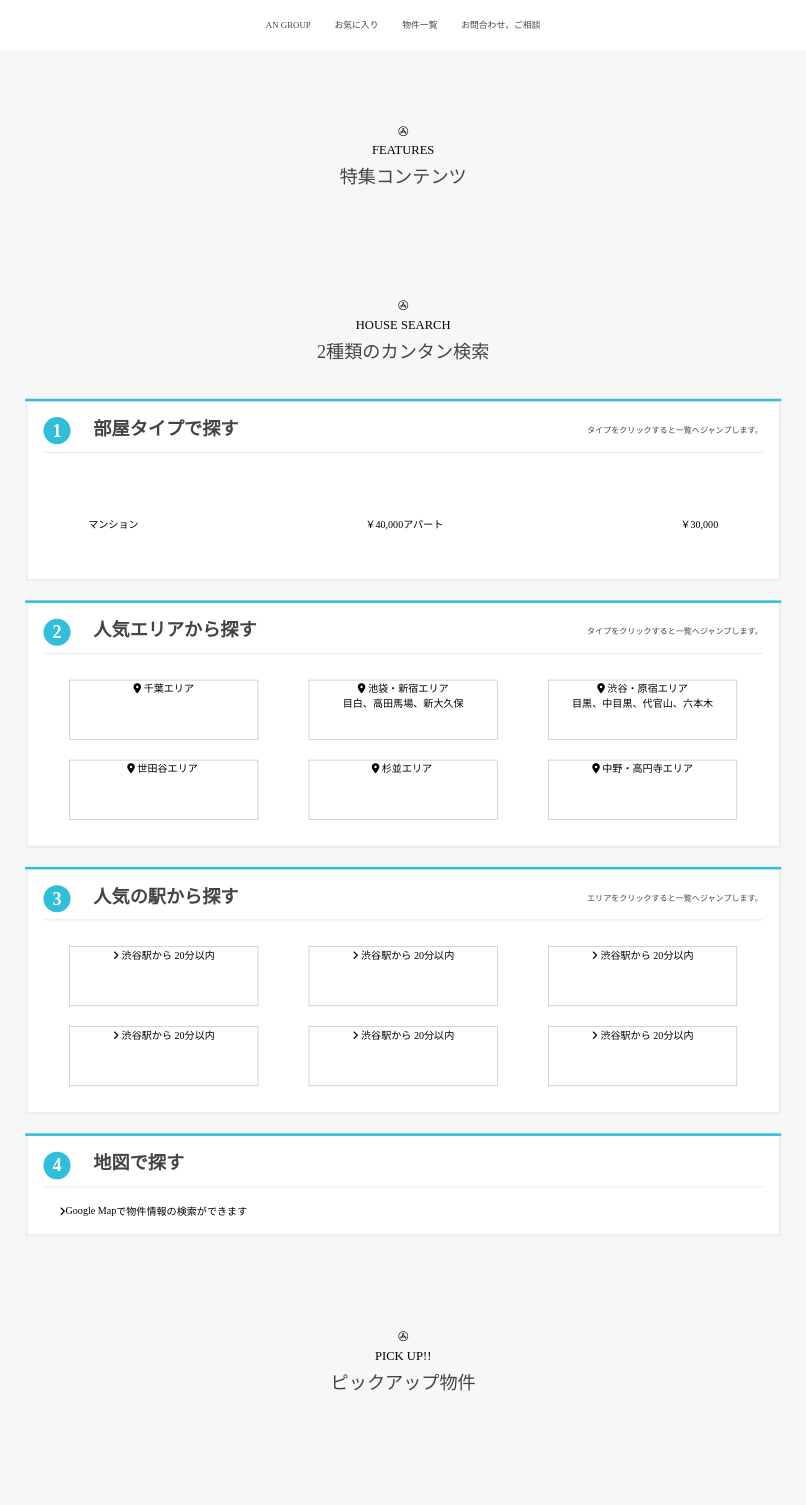
Repository: ninhdavid/real-estate
Page: index.html
The author's editor kept a copy of each file at every save. The page is drawn from the files as they stood at one save, then again after a run of saves.
The browser window is 1280 px wide. The pictures show the whole page, at 63% of full size.
Some web libraries are served in a nearby version. The style sheet was rebuilt from its Sass, Less or Tailwind sources for each picture, by a compiler version that may differ from the author's.

Above is the page before, as saved 2022-05-13 22:55:18.

### index.html
<!DOCTYPE html>
<html lang="en">

<head>
    <meta charset="UTF-8">
    <meta http-equiv="X-UA-Compatible" content="IE=edge">
    <meta name="viewport" content="width=device-width, initial-scale=1.0">
    <link rel="stylesheet" href="css/main.css">
    <script src="https://kit.fontawesome.com/691ec27588.js" crossorigin="anonymous"></script>
    <title>Document</title>
</head>

<body>
    <div class="main-container">
        <div class="header">
            <div class="img-header"></div>
        </div>
        <div class="main-nav">
            <ul id="nav">
                <li><a class="nav-img" href="#">
                        <!-- <img src="./asset/img/logo/logo-edited.png" alt=""> -->
                        AN GROUP
                    </a></li>
                <li><a href="#">お気に入り</a></li>
                <li><a href="#">物件一覧</a></li>
                <li><a href="#">お問合わせ、ご相談</a></li>
            </ul>
        </div>
        <div class="content">
            <div class="content-section">
                <div class="title-section">
                    <i class="fa-brands fa-app-store"></i>
                    <p>FEATURES</p>
                    <p>特集コンテンツ</p>
                </div>
                <div id="slider"> </div>
            </div>
            <div class="content-section search-section">
                <div class="title-section">
                    <i class="fa-brands fa-app-store"></i>
                    <p>HOUSE SEARCH</p>
                    <p>2種類のカンタン検索</p>
                </div>
                <div class="content-area">
                    <div class="content-box">
                        <div class="title-area">
                            <h3>
                                <span>1</span>
                                部屋タイプで探す
                            </h3>
                            <p>タイプをクリックすると一覧へジャンプします。</p>
                        </div>
                        <div class="type-list">
                            <div class="type-list-des">
                                <div class="list-bg"></div>
                                <p class="list-title">マンション</p>
                                <p class="list-price">￥40,000</p>
                            </div>
                            <div class="type-list-des">
                                <div class="list-bg"></div>
                                <p class="list-title">アパート</p>
                                <p class="list-price">￥30,000</p>
                            </div>
                        </div>
                    </div>
                    <div class="content-box">
                        <div class="title-area">
                            <h3>
                                <span>2</span>
                                人気エリアから探す
                            </h3>
                            <p>タイプをクリックすると一覧へジャンプします。</p>
                        </div>
                        <div class="type-list location-list">
                            <div class="type-list-des location-des">
                                <i class="fa-solid fa-location-dot"></i>
                                <p>千葉エリア</p>
                            </div>
                            <div class="type-list-des location-des">
                                <i class="fa-solid fa-location-dot"></i>
                                <p>池袋・新宿エリア</p>
                                <p>目白、高田馬場、新大久保</p>
                            </div>
                            <div class="type-list-des location-des">
                                <i class="fa-solid fa-location-dot"></i>
                                <p>渋谷・原宿エリア</p>
                                <p>目黒、中目黒、代官山、六本木</p>
                            </div>
                            <div class="type-list-des location-des">
                                <i class="fa-solid fa-location-dot"></i>
                                <p>世田谷エリア</p>
                                <p></p>
                            </div>
                            <div class="type-list-des location-des">
                                <i class="fa-solid fa-location-dot"></i>
                                <p>杉並エリア</p>
                                <p></p>
                            </div>
                            <div class="type-list-des location-des">
                                <i class="fa-solid fa-location-dot"></i>
                                <p>中野・高円寺エリア</p>
                            </div>
                        </div>
                    </div>
                    <div class="content-box">
                        <div class="title-area">
                            <h3>
                                <span>3</span>
                                人気の駅から探す
                            </h3>
                            <p>エリアをクリックすると一覧へジャンプします。</p>
                        </div>
                        <div class="type-list station-list">
                            <div class="type-list-des station-des">
                                <i class="fa-solid fa-angle-right"></i>
                                <p>渋谷駅から</p>
                                <p>20分以内</p>
                            </div>
                            <div class="type-list-des station-des">
                                <i class="fa-solid fa-angle-right"></i>
                                <p>渋谷駅から</p>
                                <p>20分以内</p>
                            </div>
                            <div class="type-list-des station-des">
                                <i class="fa-solid fa-angle-right"></i>
                                <p>渋谷駅から</p>
                                <p>20分以内</p>
                            </div>
                            <div class="type-list-des station-des">
                                <i class="fa-solid fa-angle-right"></i>
                                <p>渋谷駅から</p>
                                <p>20分以内</p>
                            </div>
                            <div class="type-list-des station-des">
                                <i class="fa-solid fa-angle-right"></i>
                                <p>渋谷駅から</p>
                                <p>20分以内</p>
                            </div>
                            <div class="type-list-des station-des">
                                <i class="fa-solid fa-angle-right"></i>
                                <p>渋谷駅から</p>
                                <p>20分以内</p>
                            </div>
                        </div>
                    </div>
                    <div class="content-box">
                        <div class="title-area">
                            <h3>
                                <span>4</span>
                                地図で探す
                            </h3>
                        </div>
                        <div class="type-list map-list">
                            <i class="fa-solid fa-angle-right"></i>
                            <p>Google Map</p>
                            <p>で物件情報の検索ができます</p>
                        </div>
                    </div>
                </div>
            </div>
            <div class="content-section">
                <div class="title-section">
                    <i class="fa-brands fa-app-store"></i>
                    <p>PICK UP!!</p>
                    <p>ピックアップ物件</p>
                </div>
                <div></div>
            </div>
        </div>

    </div>



</body>
<script src="asset/java-script/chat-online.js"></script>

</html>

### css/main.scss


*{
    padding: 0;
    margin: 0;
    box-sizing: border-box;
}

.main-nav{
    // height: 85px;
    background-color: #fff;
    width: 100%;
    z-index:10;
    height: 5em;
    text-align: center;
}
#nav{
    display:inline-block;
}
#nav,
.subnav {
    list-style-type: none;
}
#nav > li{
    display:inline-block;
}
#nav  li{
    position: relative;
    top:11px;
}
#nav li a{
    display: block;
    text-decoration: none;
    line-height: 24px;
    font-size: 14px;
    padding: 1.2em;
}
#nav>li>a{
    color: rgb(68,68,68);
    text-transform: uppercase;
}
// .nav-img{
//     background-image: url("/asset/img/logo/logo-edited.png");
//     height:80px;
//     width: 100px;
//     padding: 5px 0;
//     background-position: center; /* Center the image */
//     background-repeat: no-repeat; /* Do not repeat the image */
//     background-size: cover;
// }
.content{
    background-color: #f7f7f7;
    padding: 60px 5px;
}
.content-section{
    display: block;
    text-align: center;
    padding:60px 0;
}
.title-section{

}
.search-section{

}
.title-section i {

}
.tittle-section p{
    font-weight: bold;
}
.title-section>p:nth-of-type(1){
    font-size: 1.25em;
    line-height: 1;
    padding: 10px 0;
}
.title-section p:nth-of-type(2){
    font-size: 1.8em;
    // font-size: 32px;
    color: #444444;
    padding-bottom: 2em;
}
.content-area{
    width: 1200px;
    margin: 0 auto;
}

.content-box{
    // display:relative;
    width: 100%;
    padding: 25px;
    border: 4px solid #eeeeee;
    position: relative;
    margin-bottom:30px;
    background-color: #fff;
}
.content-box:before{
    content: "";
    display: block;
    position: absolute;
    left: -4px;
    top: -4px;
    width: calc(100% + 8px);
    height: 4px;
    background-color: #30bedb;
}
.content-box p {
    display: inline-block;
}
.title-area{
    display:flex;
    justify-content:space-between;
    // font-size: 1.8em;
    line-height: 1.2;
    text-align: center;
    align-items:center;
    padding-bottom: 0.7em;
    border-bottom: 2px solid #eeeeee;
}
.title-area h3{
    font-size: 1.8em;
    color: #444444;
}
.title-area>h3>span{
    width: 1.5em;
    line-height: 1.5em;
    background-color: #30bedb;
    color: #fff;
    display:inline-block;
    vertical-align: middle;
    margin-right: 1em;
    // font-size: 1.6428571429em;
    // font-size: 1.17em;
    font-weight: bold;
    text-align: center;
    border-radius: 50% 50% 50% 50%;
}
.title-area>p{
    font-size: 0.8em;
    color: #444444;
}
.type-list{
    padding: 25px 25px 0px 25px;
    display:flex;
    flex-wrap: wrap;
    flex-direction:row;
    justify-content: center;
}
.type-list-des{
    width: 500px;
    height:150px;
    position: relative;

}
.list-bg{
    position: absolute;
    background: no-repeat center center / cover;
    transition: all 0.3s ease;
    background-color: red;
}
.list-title{
    position:absolute;
    left: 0;
    top: 50%;
}
.list-price{
    position:absolute;
    right: 0;
    top: 50%;
}
.location-list{
    display: flex;
    justify-content:space-between;
}
.location-des{
    border:1px solid #bbbbbb;
    height:95px;
    width:300px;
    margin: 1em;
}
// .location-des i,p{
//     display:inline-block;
// }
.station-list{
    display: flex;
    justify-content:space-between;
}
.station-des{
    border:1px solid #bbbbbb;
    height:95px;
    width:300px;
    margin: 1em;
}

.map-list{
    display: flex;
    justify-content:flex-start;
    align-items:center;
}

Loaded but not shown: asset/java-script/chat-online.js (no stored copy; drawn as an empty file)

After the next 2 saves:
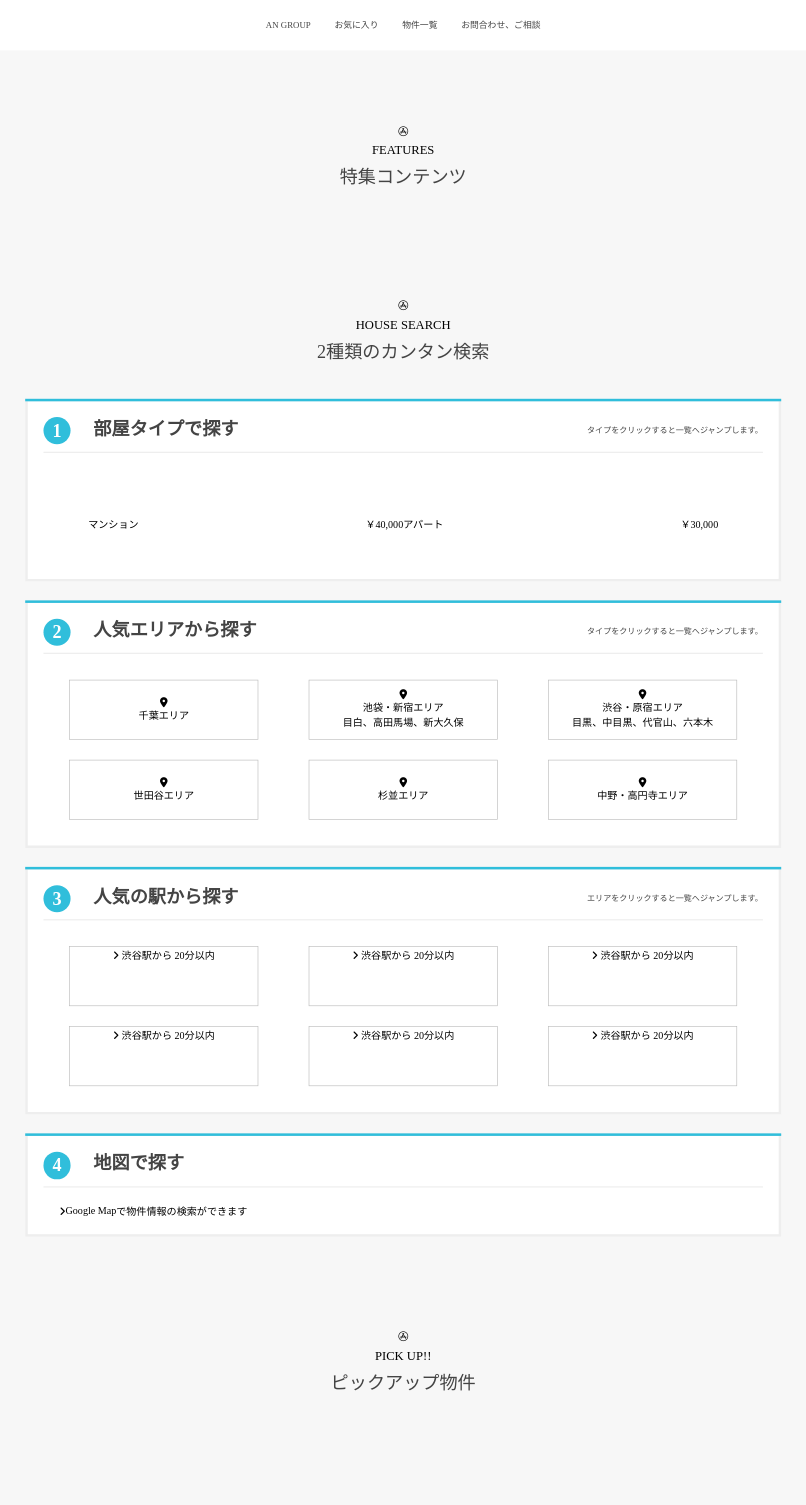
The 2 saves are shown as one change because they came seconds apart.
The last was saved 17 s later.
--- a/css/main.scss
+++ b/css/main.scss
@@ -177,6 +177,10 @@
     height:95px;
     width:300px;
     margin: 1em;
+     display:flex;
+    justify-content: center;
+    align-items: center;
+    flex-direction: column;
 }
 // .location-des i,p{
 //     display:inline-block;

After the 2 saves that followed:
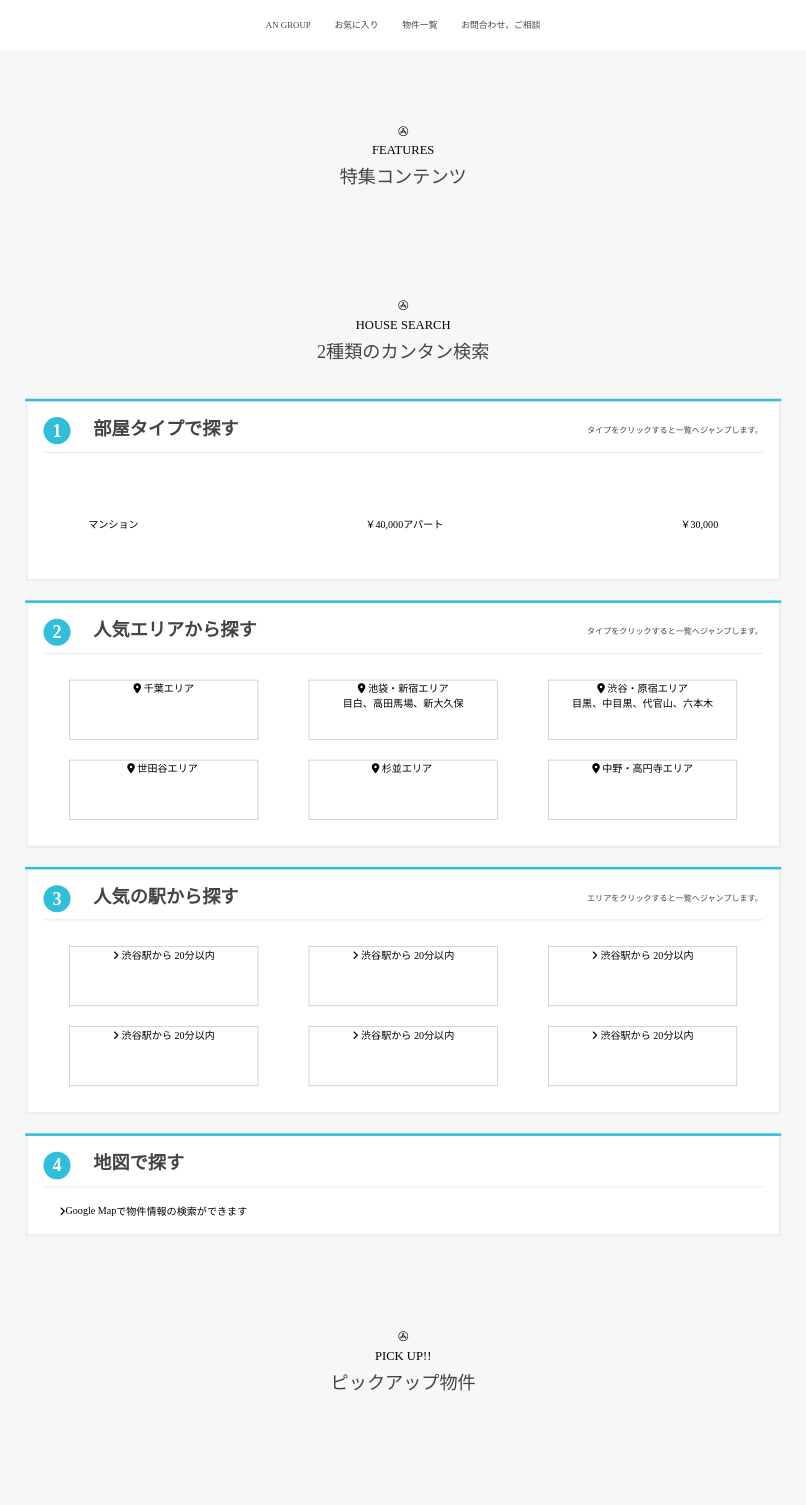
The 2 saves are shown as one change because 1 left the picture as it was.
The last was saved 3 min 34 s later.
--- a/css/main.scss
+++ b/css/main.scss
@@ -177,10 +177,10 @@
     height:95px;
     width:300px;
     margin: 1em;
-     display:flex;
-    justify-content: center;
-    align-items: center;
-    flex-direction: column;
+    // display:flex;
+    // justify-content: center;
+    // align-items: center;
+    // flex-direction: column;
 }
 // .location-des i,p{
 //     display:inline-block;
